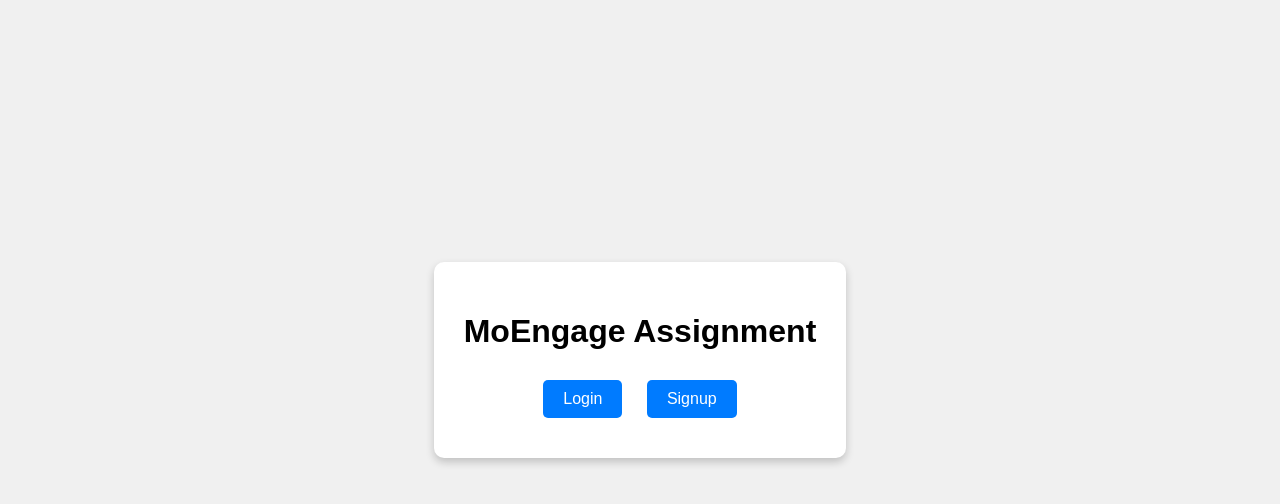
Repository: ramk06/Moengage-assesment
Page: http://localhost/task/
The author's editor kept a copy of each file at every save. The page is drawn from the files as they stood at one save, then again after the next save.
The browser window is 1280 px wide. The pictures show the whole page.
The page is served by Tomcat 9. Other server files are loaded and not shown.

Above is the page before, as saved 2024-11-22 05:09:42.

### task/src/main/webapp/index.jsp
<!DOCTYPE html>
<html lang="en">
<head>
    <meta charset="UTF-8">
    <meta name="viewport" content="width=device-width, initial-scale=1.0">
    <title>Welcome</title>
    <style>
        body {
            font-family: Arial, sans-serif;
            display: flex;
            justify-content: center;
            align-items: center;
            height: 100vh;
            margin: 0;
            background-color: #f0f0f0;
        }
        .container {
            text-align: center;
            background: white;
            padding: 30px;
            border-radius: 10px;
            box-shadow: 0 4px 8px rgba(0, 0, 0, 0.2);
        }
        .container h1 {
            margin-bottom: 20px;
        }
        .button {
            display: inline-block;
            margin: 10px;
            padding: 10px 20px;
            font-size: 16px;
            text-decoration: none;
            color: white;
            background-color: #007bff;
            border: none;
            border-radius: 5px;
            cursor: pointer;
        }
        .button:hover {
            background-color: #0056b3;
        }
    </style>
</head>
<body>
    <div class="container">
        <h1>MoEngage Assignment</h1>
        <a href="login.jsp" class="button">Login</a>
        <a href="signup.jsp" class="button">Signup</a>
    </div>
</body>
</html>

After the next save:
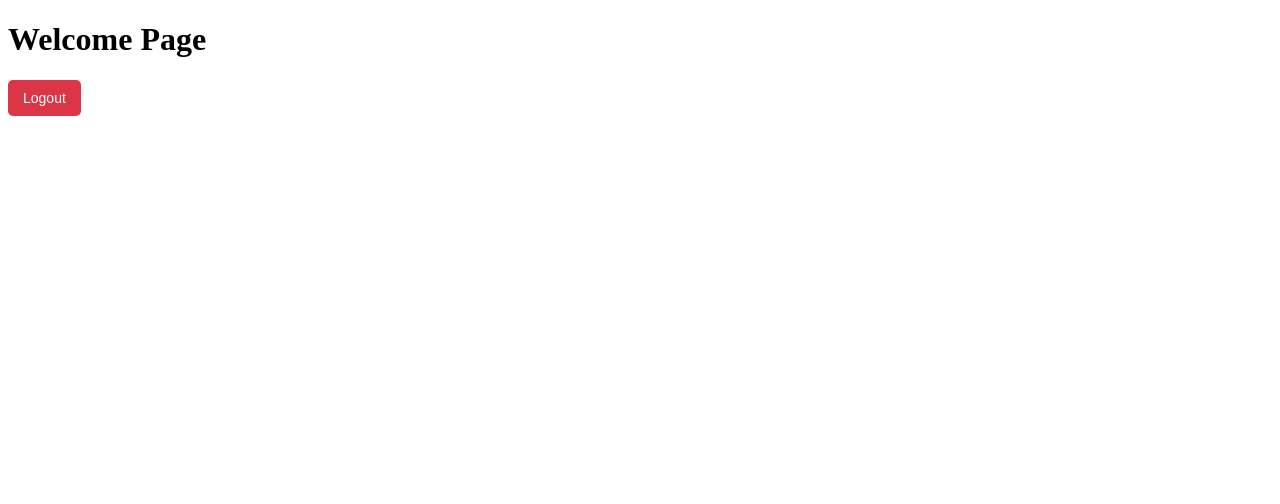
Saved 9 s later.
--- a/task/src/main/webapp/index.jsp
+++ b/task/src/main/webapp/index.jsp
@@ -1,51 +1,32 @@
+<%@ page language="java" contentType="text/html; charset=UTF-8" pageEncoding="UTF-8"%>
+<%@ page session="true" %>
 <!DOCTYPE html>
 <html lang="en">
 <head>
-    <meta charset="UTF-8">
-    <meta name="viewport" content="width=device-width, initial-scale=1.0">
-    <title>Welcome</title>
-    <style>
-        body {
-            font-family: Arial, sans-serif;
-            display: flex;
-            justify-content: center;
-            align-items: center;
-            height: 100vh;
-            margin: 0;
-            background-color: #f0f0f0;
-        }
-        .container {
-            text-align: center;
-            background: white;
-            padding: 30px;
-            border-radius: 10px;
-            box-shadow: 0 4px 8px rgba(0, 0, 0, 0.2);
-        }
-        .container h1 {
-            margin-bottom: 20px;
-        }
-        .button {
-            display: inline-block;
-            margin: 10px;
-            padding: 10px 20px;
-            font-size: 16px;
-            text-decoration: none;
-            color: white;
-            background-color: #007bff;
-            border: none;
-            border-radius: 5px;
-            cursor: pointer;
-        }
-        .button:hover {
-            background-color: #0056b3;
-        }
-    </style>
+<meta charset="UTF-8">
+<meta name="viewport" content="width=device-width, initial-scale=1.0">
+<title>Welcome Page</title>
+<style>
+.logout-button {
+    padding: 10px 15px;
+    background-color: #dc3545;
+    color: white;
+    border: none;
+    border-radius: 5px;
+    cursor: pointer;
+    font-size: 14px;
+}
+.logout-button:hover {
+    background-color: #c82333;
+}
+</style>
 </head>
 <body>
-    <div class="container">
-        <h1>MoEngage Assignment</h1>
-        <a href="login.jsp" class="button">Login</a>
-        <a href="signup.jsp" class="button">Signup</a>
+    <div class="header">
+        <h1>Welcome Page</h1>
+        <form action="logout" method="get" style="display: inline;">
+            <button type="submit" class="logout-button">Logout</button>
+        </form>
     </div>
 </body>
 </html>
